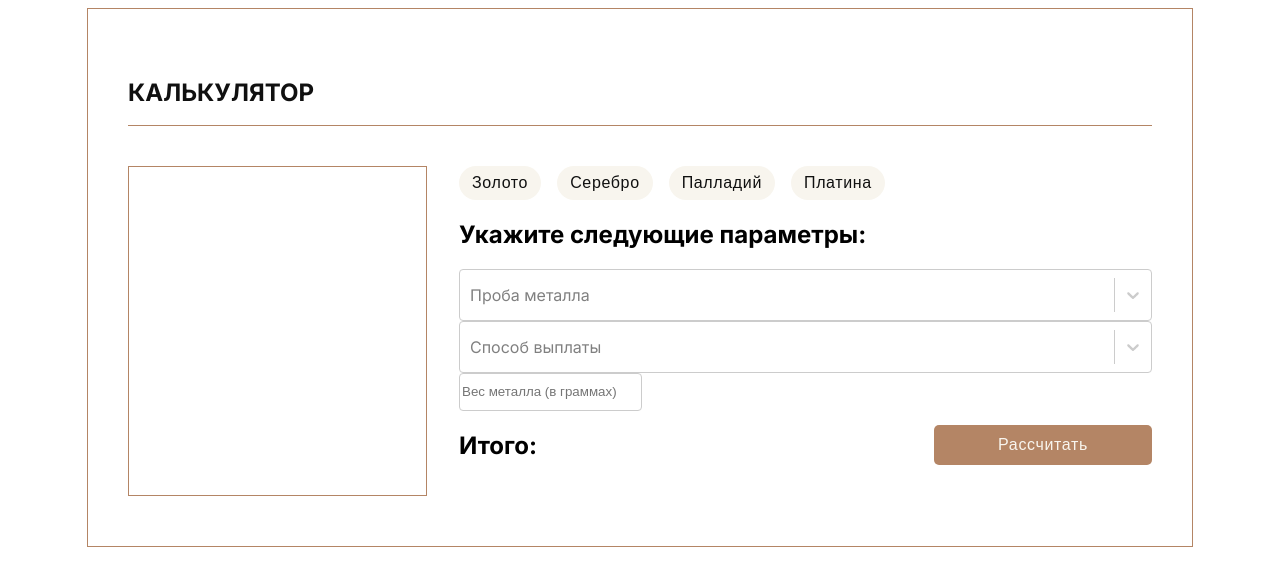
Repository: Kirill2034/Calculator-metal
Page: /
An editor plug-in stored every save of this project. The page is shown before and after the next save, followed by the edit.
The browser window is 1280 px wide. The pictures show the whole page.
The project was rebuilt for these pictures with package versions that can differ from the ones it lists, and the page was loaded fresh each time.

Above is the page before, as saved 2021-11-27 19:02:42.

### public/index.html
<!DOCTYPE html>
<html lang="en">
  <head>
    <meta charset="utf-8" />
    <meta name="viewport" content="width=device-width, initial-scale=1" />

    <link rel="preconnect" href="https://fonts.googleapis.com">
    <link rel="preconnect" href="https://fonts.gstatic.com" crossorigin>
    <link href="https://fonts.googleapis.com/css2?family=Inter:wght@300;400;500;700&display=swap" rel="stylesheet">

    <title>Калькулятор</title>
  </head>
  <body>
    <div id="root"></div>
  </body>
</html>

### src/App.js
import React, { useState } from 'react';
import './App.css';
import {BtnRadio} from './components/BtnRadio';
import Select from 'react-select';

const metals = [
  {
    id: 1,
    code: "gold",
    title: "Золото",
    finenessList: [
      {id: 1, value: 375, cash: 90, checkingAccount: 100},
      {id: 1, value: 575, cash: 190, checkingAccount: 250}
    ]
  },
  {
    id: 2,
    code: "argent",
    title: "Серебро",
    finenessList: [
      {id: 1, value: 375, cash: 90, checkingAccount: 100},
      {id: 1, value: 575, cash: 190, checkingAccount: 250}
    ]
  },
  {
    id: 3,
    code: "palladium",
    title: "Палладий",
    finenessList: [
      {id: 1, value: 375, cash: 90, checkingAccount: 100},
      {id: 1, value: 575, cash: 190, checkingAccount: 250}
    ]
  },
  {
    id: 4,
    code: "platinum",
    title: "Платина",
    finenessList: [
      {id: 1, value: 375, cash: 90, checkingAccount: 100},
      {id: 1, value: 575, cash: 190, checkingAccount: 250}
    ]
  },
]

const App = () => {

  const [selectedMetalId, setselectedMetalId] = useState(null);

  const onMetalItemClick = (id) => {
    setselectedMetalId(id);
  };

  return (
    <div className="App">
      <div className="title">
        <h2>Калькулятор</h2>
      </div>
      <div className="calculator">
        <div className="metal-image"></div>
        <div className="content">
          <div className="check-metal">
            {metals.map((metal) => (
            <BtnRadio
              key={metal.id}
              item={metal}
              selected={selectedMetalId === metal.id}
              onClick={onMetalItemClick}
              />
          ))}
          </div>
          <div className="select-prop-metal">
            <h2>Укажите следующие параметры:</h2>
            <Select className="select" options={metals.forEach((metal) => metal.title)} placeholder="Проба металла"/>
            <Select className="select" options={metals.forEach((metal) => metal.title)} placeholder="Способ выплаты"/>
            <input type="text" placeholder="Вес металла (в граммах)"/>
          </div>
          <div className="calculate">
            <h2>Итого:</h2>
            <button>Рассчитать</button>
          </div>
        </div>
      </div>
    </div>
  );
}

export default App;

### src/App.css
.App {width: 1024px; height: 537px; border: 1px solid #B48565; margin: 0 auto; font-family: 'Inter', sans-serif; padding: 0 40px;}
.App .title {border-bottom: 1px solid #B48565; text-transform: uppercase; font-weight: 900; font-size: 16px; line-height: 24px; color: #101010; margin-top: 72px; margin-bottom: 40px;}

.App .calculator {display: flex;}
.App .calculator .metal-image {width: 30%; height: 328px; border: 1px solid #B48565; margin-right: 32px;}
.App .calculator .content {width: 70%;}
.App .calculator .calculate {display: flex; align-items: center; justify-content: space-between}
.App .calculator .calculate button {border: none; box-shadow: none; outline: none; background: #B48565; border-radius: 5px; font-weight: normal; font-size: 16px; line-height: 24px; letter-spacing: 0.04em; color: #F8F5EE; padding: 8px 64px; cursor: pointer;}
.App .calculator .select-prop-metal input {-webkit-box-align: center; align-items: center; background-color: hsl(0, 0%, 100%); border-color: hsl(0, 0%, 80%); border-radius: 4px; border-style: solid; border-width: 1px; cursor: default; display: flex; flex-wrap: wrap; -webkit-box-pack: justify; justify-content: space-between; min-height: 38px; outline: 0!important; position: relative; transition: all 100ms; box-sizing: border-box;}

### src/components/BtnRadio/index.js
import BtnRadio from './BtnRadio.js';
export {BtnRadio};

### src/components/BtnRadio/BtnRadio.js
import React from 'react';
import './BtnRadio.css';
import cn from "classnames";

const BtnRadio = ({item, selected, onClick}) => {
    return (
        <button
            className={cn("BtnRadio", {selected})}
            onClick={() => onClick(item.id)}
        >{item.title}</button>
    )
}

export default BtnRadio;

### src/components/BtnRadio/BtnRadio.css
.BtnRadio {border: 1px solid transparent; box-shadow: none; outline: none; background: #F8F5EE; border-radius: 100px; padding: 4px 12px; color: #101010; font-weight: normal; font-size: 16px; line-height: 24px; letter-spacing: 0.04em; margin-right: 16px; cursor: pointer;}
.BtnRadio:hover {border: 1px solid #B48565; cursor: pointer;}
.BtnRadio.selected {color: #F8F5EE; background: #B48565;}

Loaded but not shown: src/index.js (common file)

After the next save:
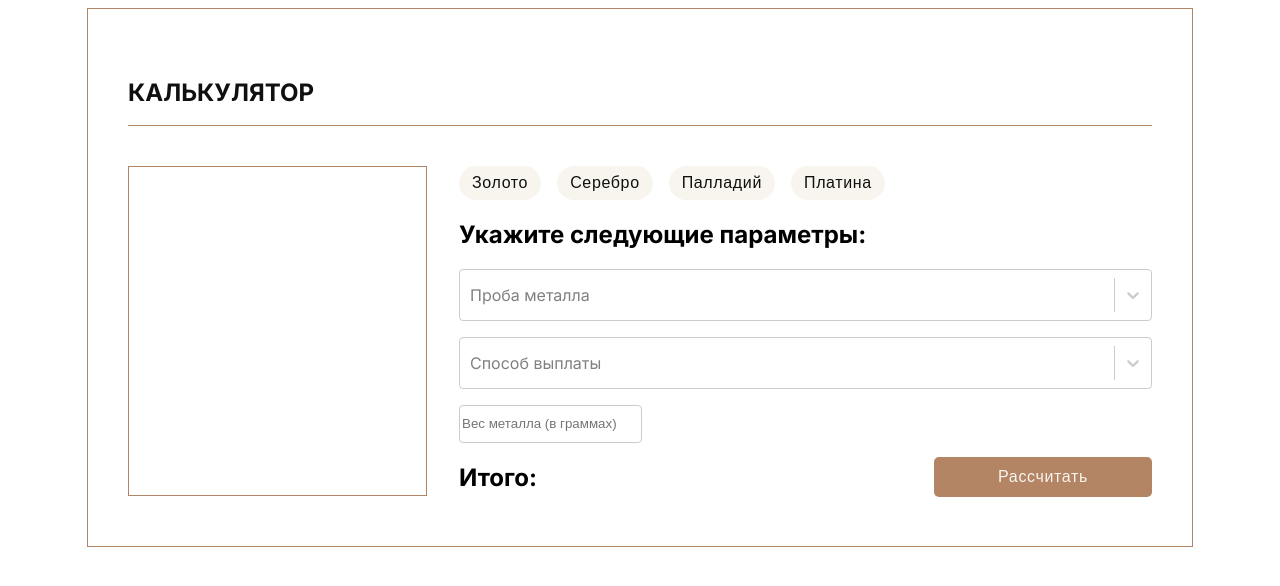
Saved 34 s later.
--- a/src/App.css
+++ b/src/App.css
@@ -7,3 +7,4 @@
 .App .calculator .calculate {display: flex; align-items: center; justify-content: space-between}
 .App .calculator .calculate button {border: none; box-shadow: none; outline: none; background: #B48565; border-radius: 5px; font-weight: normal; font-size: 16px; line-height: 24px; letter-spacing: 0.04em; color: #F8F5EE; padding: 8px 64px; cursor: pointer;}
 .App .calculator .select-prop-metal input {-webkit-box-align: center; align-items: center; background-color: hsl(0, 0%, 100%); border-color: hsl(0, 0%, 80%); border-radius: 4px; border-style: solid; border-width: 1px; cursor: default; display: flex; flex-wrap: wrap; -webkit-box-pack: justify; justify-content: space-between; min-height: 38px; outline: 0!important; position: relative; transition: all 100ms; box-sizing: border-box;}
+.App .select {margin-bottom: 16px;}
